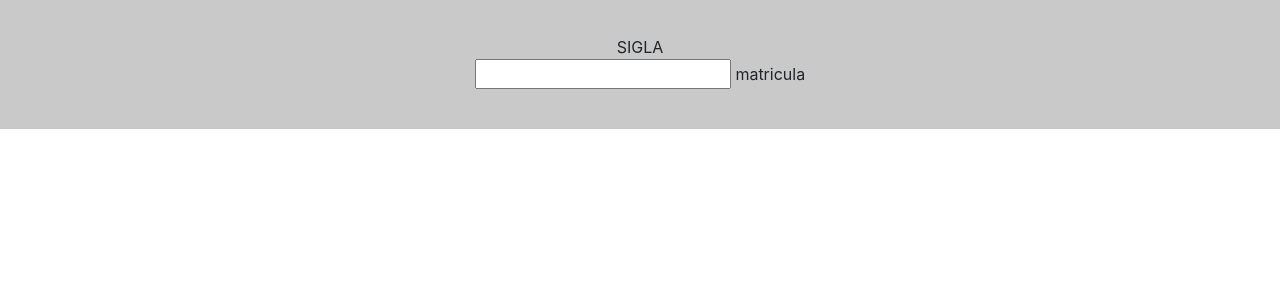
Repository: Melancia06/agenda
Page: index.html
An editor plug-in stored every save of this project. The page is shown before and after the next save, followed by the edit.
The browser window is 1280 px wide. The pictures show the whole page.

Above is the page before, as saved 2024-08-08 09:20:37.

### index.html
<!DOCTYPE html>
<html lang="en">
<head>
    <meta charset="UTF-8">
    <meta name="viewport" content="width=device-width, initial-scale=1.0">
    <link rel="stylesheet" href="css/bootstrap.css">
    <link rel="stylesheet" href="css/fontawasome.css">
    <link rel="stylesheet" href="css/css.css">
    <title>começando a fazer esboço do sigla</title>
</head>
<body>
    <div class="marca" > SIGLA
        <br>
        <input type="text" name="matricula" id="matricula" class="input" required>
        <label for="matricula">matricula</label>
    </div>
</body>
</html>

### css/css.css
.marca{
    text-align: center;
   background-color:rgba(78, 78, 78, 0.3);
   padding-left: 20px;
   padding-top: 20%;
    padding: 35px;

}

Loaded but not shown: css/bootstrap.css (library); css/fontawasome.css (4616 lines, source omitted)

After the next save:
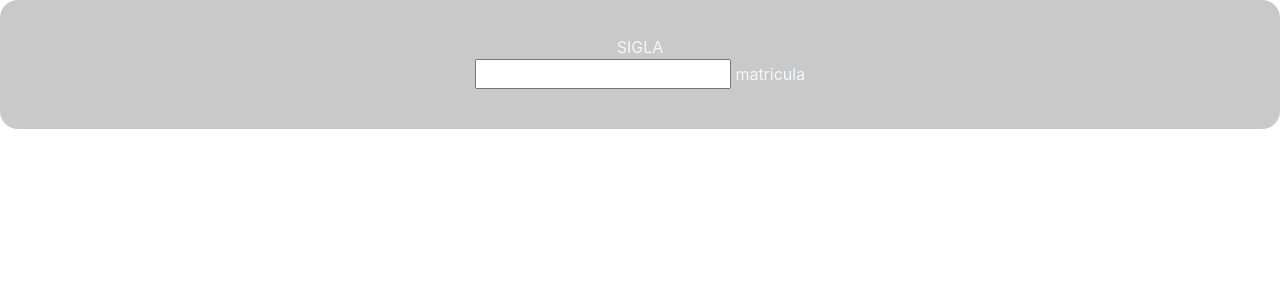
Saved 11 s later.
--- a/css/css.css
+++ b/css/css.css
@@ -4,5 +4,6 @@
    padding-left: 20px;
    padding-top: 20%;
     padding: 35px;
-
+    border-radius: 18px;
+    color: aliceblue;
 }
